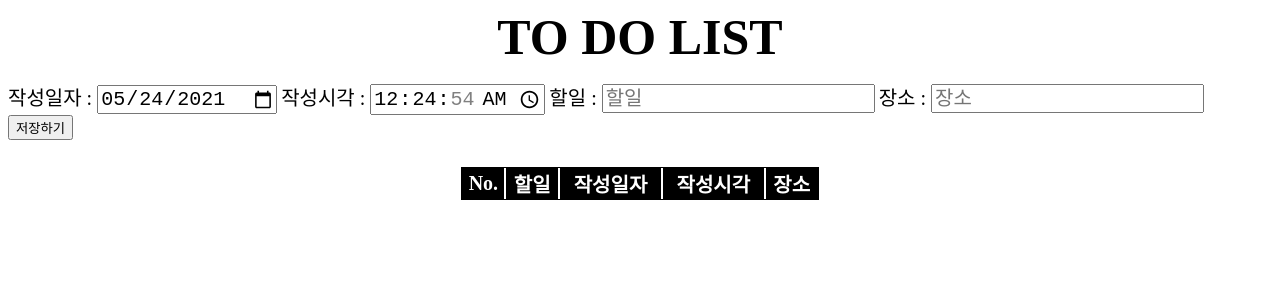
Repository: kimyoungjin98/Exam_Project
Page: http://localhost/Server_PR_TodoList/
The author's editor kept a copy of each file at every save. The page is drawn from the files as they stood at one save, then again after the next save.
The browser window is 1280 px wide. The pictures show the whole page.
The page is served by Tomcat 9. Queries for data that is not in the repository find no rows.

Above is the page before, as saved 2021-05-24 06:27:27.

After the next save:
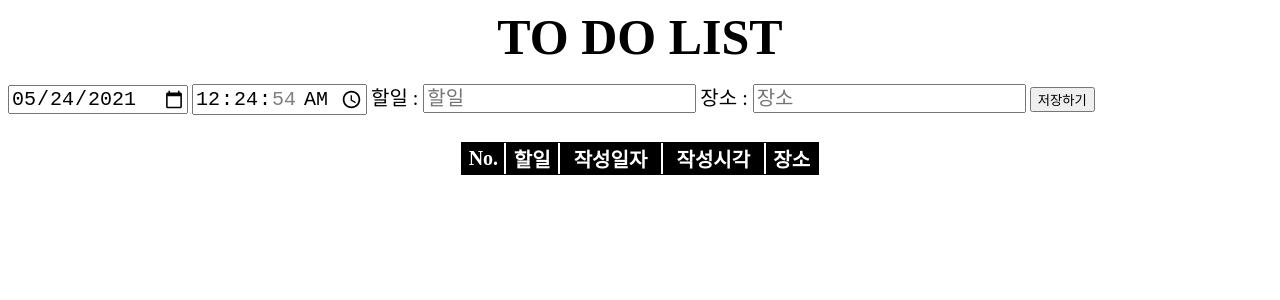
Saved 19 s later.
--- a/Server_PR_TodoList/src/main/webapp/WEB-INF/views/write.jsp
+++ b/Server_PR_TodoList/src/main/webapp/WEB-INF/views/write.jsp
@@ -39,8 +39,8 @@ document.addEventListener("DOMContentLoaded", function(ev){
 <body>
 
 	<form method="POST" class="1">
-	<label>작성일자 : </label><input name="td_date" placeholder="작성일자" type="date" value="${TD.td_date}">
-	<label>작성시각 : </label><input name="td_time" placeholder="작성시각" type="time" value="${TD.td_time}">
+	<input name="td_date" placeholder="작성일자" type="date" value="${TD.td_date}">
+	<input name="td_time" placeholder="작성시각" type="time" value="${TD.td_time}">
 	<label>할일 : </label>
 	<input name="td_content" placeholder="할일" value="${TD.td_content}"></input>
 	<label>장소 : </label><input name="td_place" placeholder="장소" value="${TD.td_place}">
